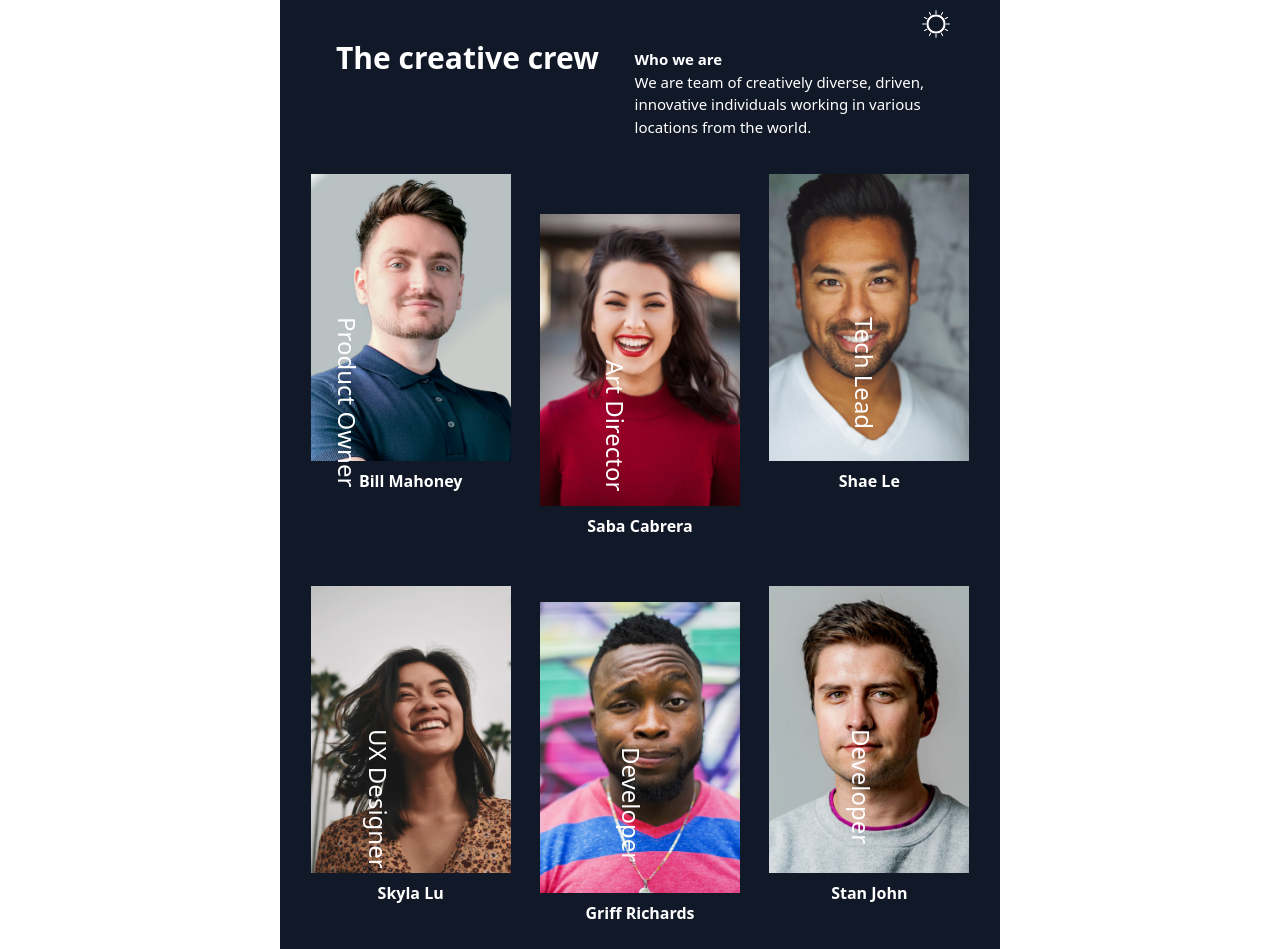
Repository: Alzate1075/Funval-G3-N2
Page: /
An editor plug-in stored every save of this project. The page is shown before and after the next save, followed by the edit.
The browser window is 1280 px wide. The pictures show the whole page.
The project was rebuilt for these pictures with package versions that can differ from the ones it lists, and the page was loaded fresh each time. Also part of the build but not shown: vite.config.js.

Above is the page before, as saved 2025-07-02 23:56:07.

### index.html
<!DOCTYPE html>
<html lang="en">
  <head>
    <meta charset="UTF-8" />
    <link rel="icon" type="image/svg+xml" href="/vite.svg" />
    <meta name="viewport" content="width=device-width, initial-scale=1.0" />
    <link rel="stylesheet" href="./src/index.css" />
    <title>Vite + React</title>
  </head>
  <body>
    <div id="root"></div>
    <script type="module" src="/src/main.jsx"></script>
  </body>
</html>

### src/App.jsx
import React from "react";
import { TeamCard } from "./components/TeamCard";
import miArray from "./components/ArrayTeams";

function App() {
  return (
    <div className="md:bg-[#111827] p-2 md:mx-70">
      <div className="flex justify-end mr-10">
        <img src="/images/sol.png" alt="sol" className="w-8 hidden md:block" />
      </div>
      <div className="flex justify-end">
        <img src="/images/luna.png" alt="luna" className="w-8 md:hidden" />
      </div>
      <div className="md:text-white text-black text-center md:flex md:justify-between md:mx-12">
        <h1 className="text-3xl font-bold">The creative crew</h1>
        <p className="text-[15px] mt-2 max-w-md md:text-md text-wrap text-left m-5">
          <b>Who we are</b>
          <br />
          We are team of creatively diverse, driven, <br /> innovative
          individuals working in various <br /> locations from the world.
        </p>
      </div>

      <div className="md:bg-[#111827] grid grid-cols-2 md:grid-cols-3 gap-x-4 gap-y-6 p-4">
        {miArray.map((persona, index) => (
          <TeamCard
            key={index}
            name={persona.name}
            role={persona.role}
            image={persona.image}
            extraClass={`${index % 2 === 1 ? "mt-6" : ""} ${
              index % 3 === 1 ? "md:mt-10" : ""
            }`}
          />
        ))}
      </div>
    </div>
  );
}

export default App;

### src/components/TeamCard.jsx
import React from "react";
export function TeamCard(props) {
  return (
    <div className={`${props.extraClass}`}>
      <div className="text-black md:text-white md:flex md:items-center md:justify-center gap-2 relative">
        <img src={props.image} alt={props.name} className="md:w-[200px] w-20" />
        <span className="absolute right-0 top-1/2 -translate-y-1/2 rotate-90 origin-left text-[10px] md:text-2xl">
          {props.role}
        </span>
      </div>
      <div className="md:text-white text-center mt-2">
        <h3 className="font-semibold">{props.name}</h3>
      </div>
    </div>
  );
}

### src/components/ArrayTeams.jsx
import React from "react";
const miArray = [
  {
    name: "Bill Mahoney",
    role: "Product Owner",
    image: "/images/photo1.png",
  },
  {
    name: "Saba Cabrera",
    role: "Art Director",
    image: "/images/photo2.png",
  },
  {
    name: "Shae Le",
    role: "Tech Lead",
    image: "/images/photo3.png",
  },
  {
    name: "Skyla Lu",
    role: "UX Designer",
    image: "/images/photo4.png",
  },
  {
    name: "Griff Richards",
    role: "Developer",
    image: "/images/photo5.png",
  },
  {
    name: "Stan John",
    role: "Developer",
    image: "/images/photo6.png",
  },
];

export default miArray;

Loaded but not shown: src/index.css (common file); src/main.jsx (common file)

After the next save:
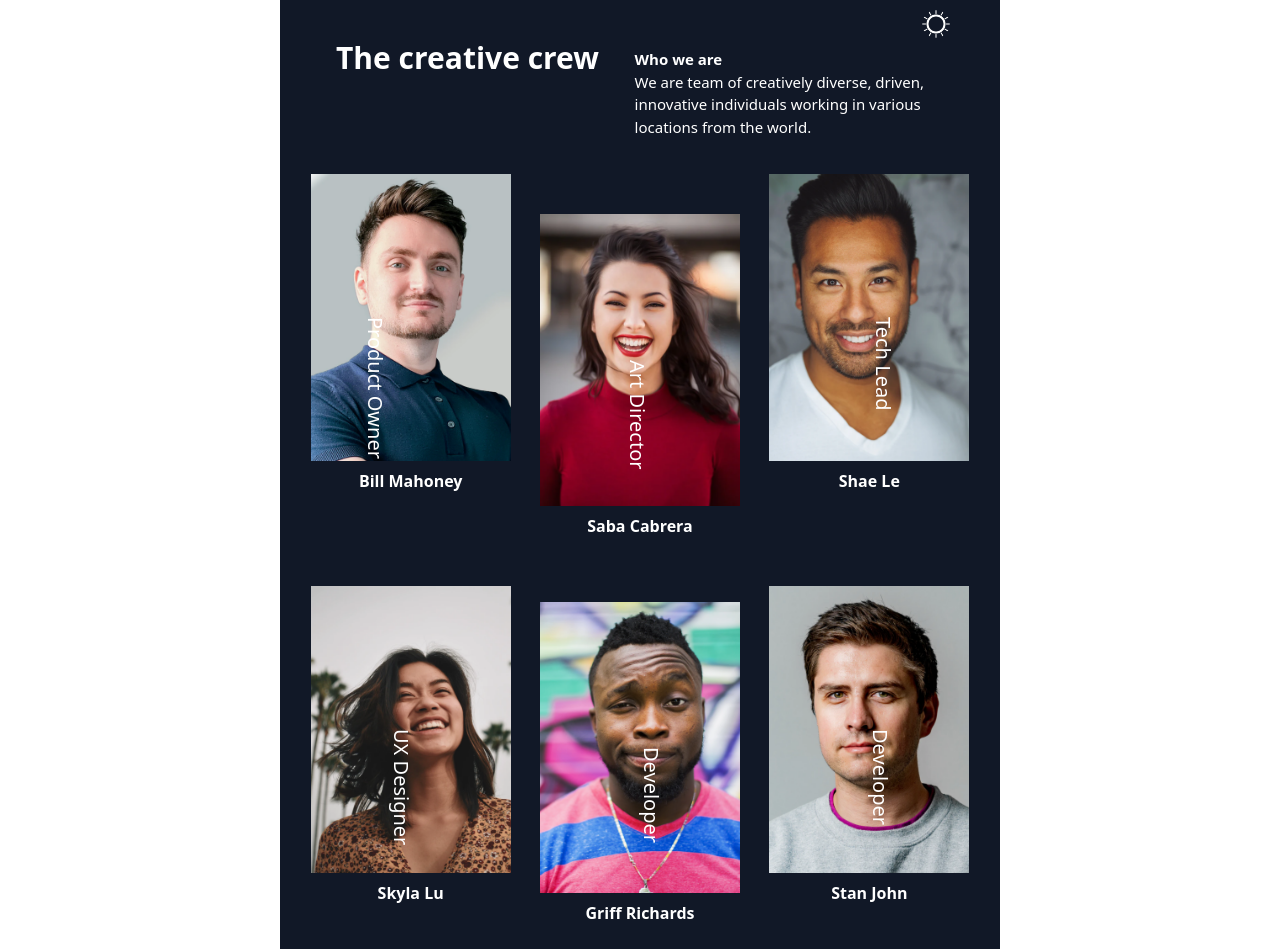
Saved 6 s later.
--- a/src/components/TeamCard.jsx
+++ b/src/components/TeamCard.jsx
@@ -4,7 +4,7 @@ export function TeamCard(props) {
     <div className={`${props.extraClass}`}>
       <div className="text-black md:text-white md:flex md:items-center md:justify-center gap-2 relative">
         <img src={props.image} alt={props.name} className="md:w-[200px] w-20" />
-        <span className="absolute right-0 top-1/2 -translate-y-1/2 rotate-90 origin-left text-[10px] md:text-2xl">
+        <span className="absolute right-0 top-1/2 -translate-y-1/2 rotate-90 origin-left text-[10px] md:text-xl">
           {props.role}
         </span>
       </div>
